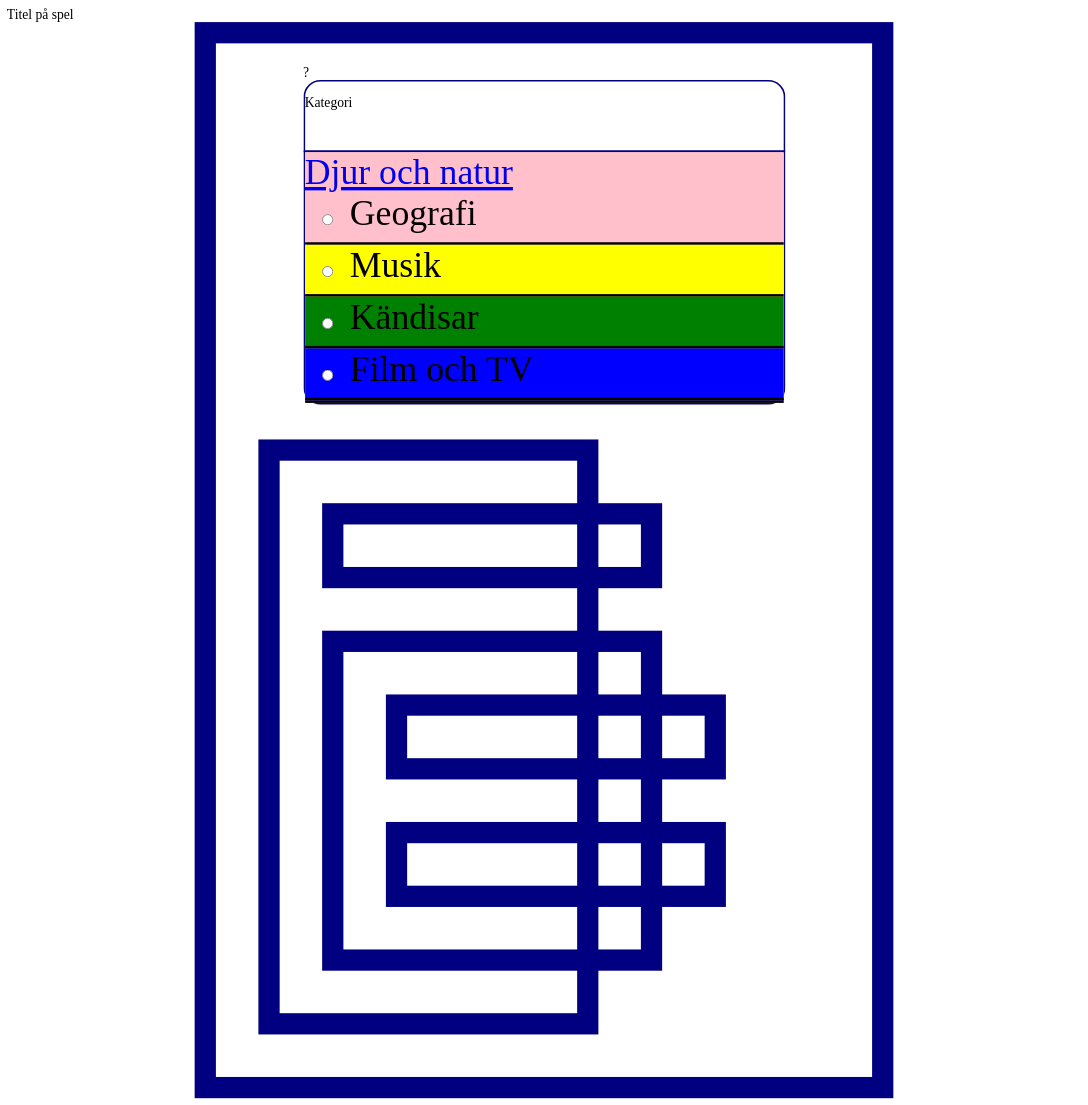
Repository: ed222gg/project2
Page: pages/start.html
The author's editor kept a record of every edit. The page is drawn from the files as they stood at one moment, then again after the next edit.
The browser window is 1280 px wide. The pictures show the whole page, at 85% of full size.

Above is the page before.

After the next edit:
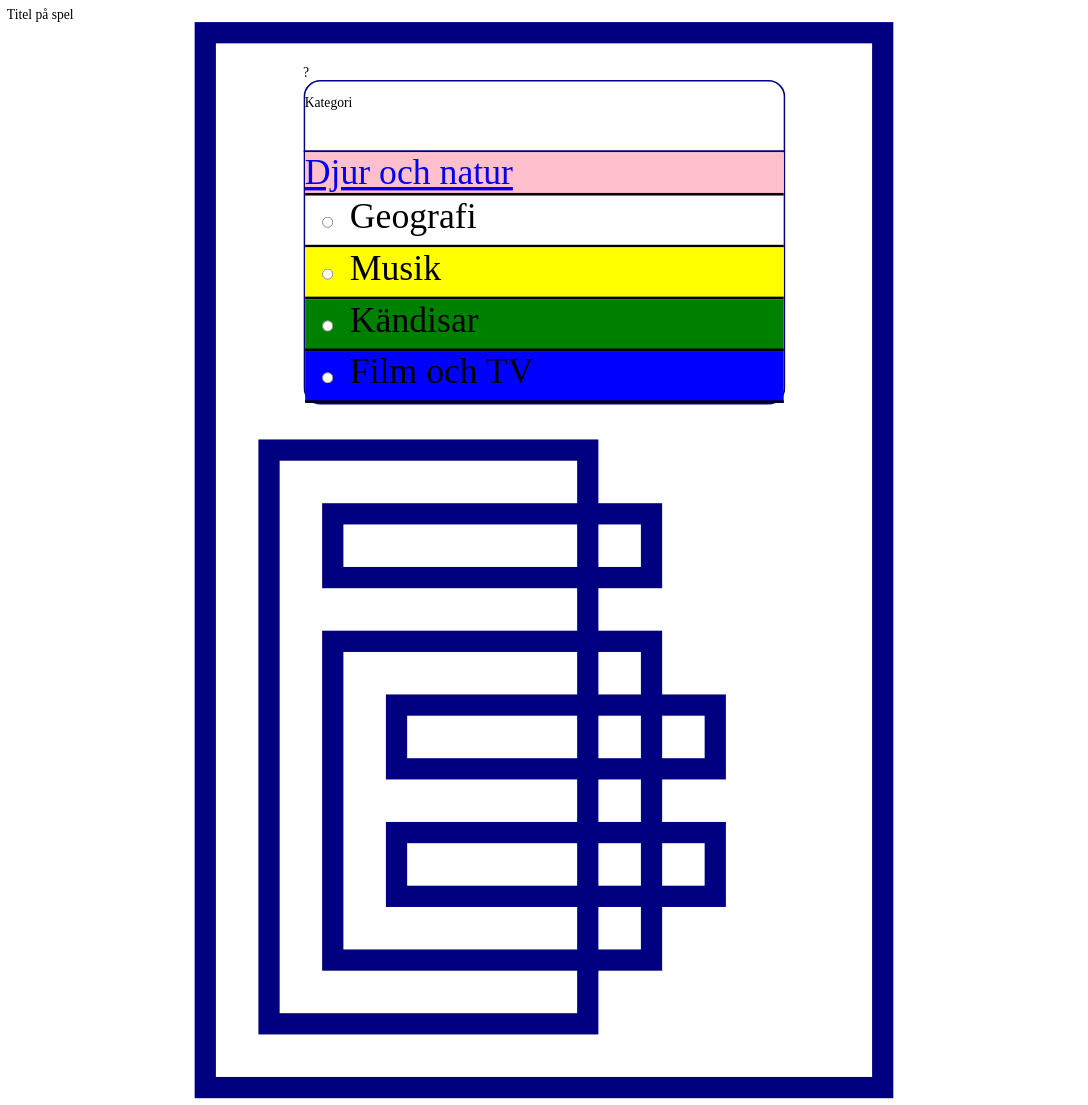
The edit:
--- a/pages/start.html
+++ b/pages/start.html
@@ -14,14 +14,15 @@
             <div id="help">?</div>
             <div id="CategoryTitle"><p>Kategori</div>
             <div id="categories">
-                <ul>
-                    <div id="li0"><li class="anim"><a href="#" id="01">Djur och natur</a></li>
-                    <div id="li1"><li><input type="radio" id="c1" name="category" value="1">Geografi</li></div>
-                    <div id="li2"><li><input type="radio" id="c2" name="category" value="2">Musik</li></div>
-                    <div id="li3"><li><input type="radio" id="c3" name="category" value="3">Kändisar</li></div>
-                    <div id="li4"><li><input type="radio" id="c4" name="category" value="4">Film och TV</li></div>
-                </ul>
-
+               <nav>
+                    <ul>
+                        <div id="li0"><li class="anim"><a href="#" id="01">Djur och natur</a></li></div>
+                        <div id="li1"><li><input type="radio" id="c1" name="category" value="1">Geografi</li></div>
+                        <div id="li2"><li><input type="radio" id="c2" name="category" value="2">Musik</li></div>
+                        <div id="li3"><li><input type="radio" id="c3" name="category" value="3">Kändisar</li></div>
+                        <div id="li4"><li><input type="radio" id="c4" name="category" value="4">Film och TV</li></div>
+                    </ul>
+               </nav>
 
 
 
